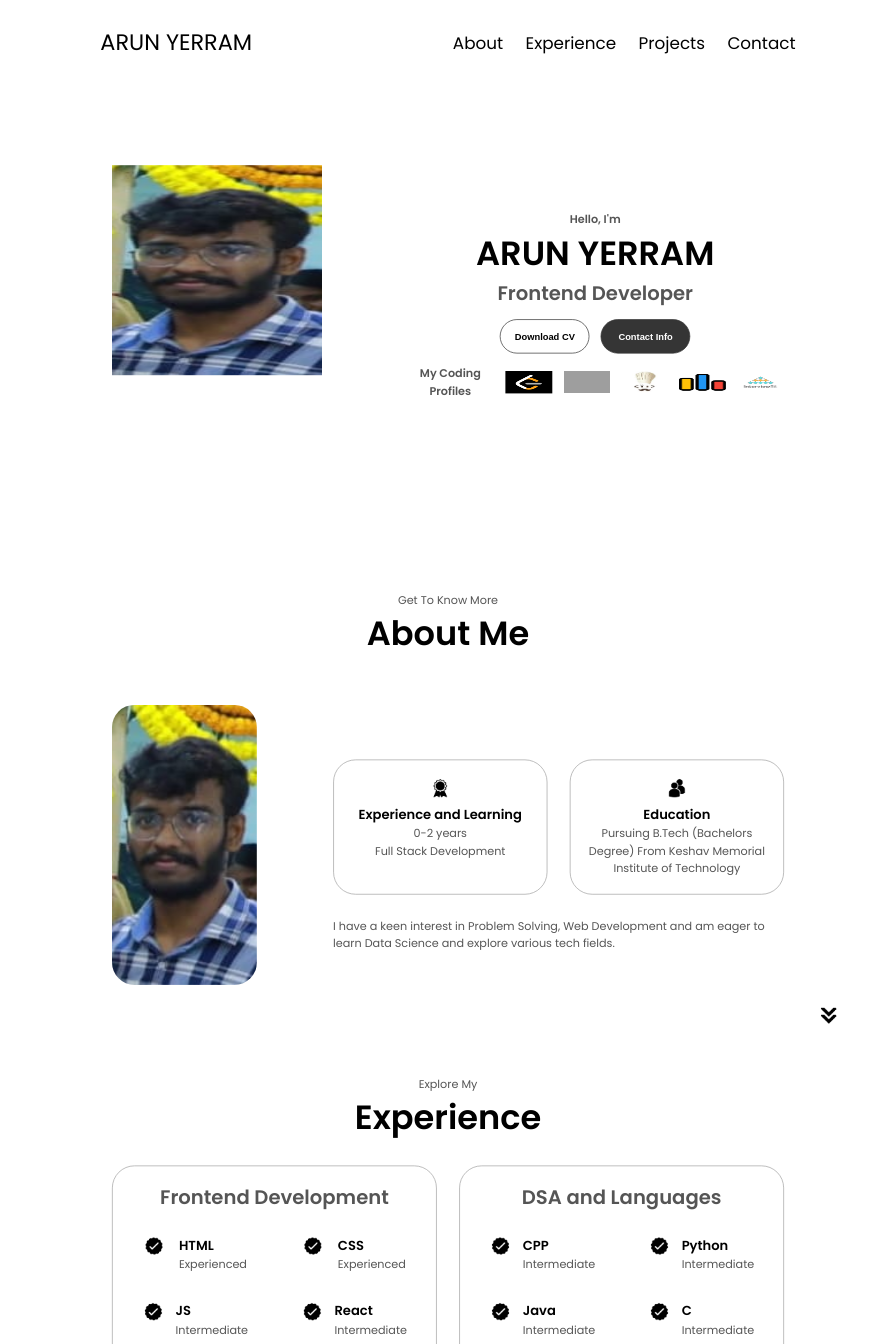
Repository: ARUN-YERRAM/ARUN-YERRAM-PORTFOLIO
Page: portfolio/index.html
An editor plug-in stored every save of this project. The page is shown before and after a run of saves, followed by the edit.
The browser window is 1280 px wide. The pictures show the part of the page from y = 0 to 1920 px (the page is 3401 px tall), at 70% of full size.
Pictures or frames that could not be fetched are drawn as grey boxes.

Above is the page before, as saved 2024-07-07 04:47:46.

After the next 3 saves:
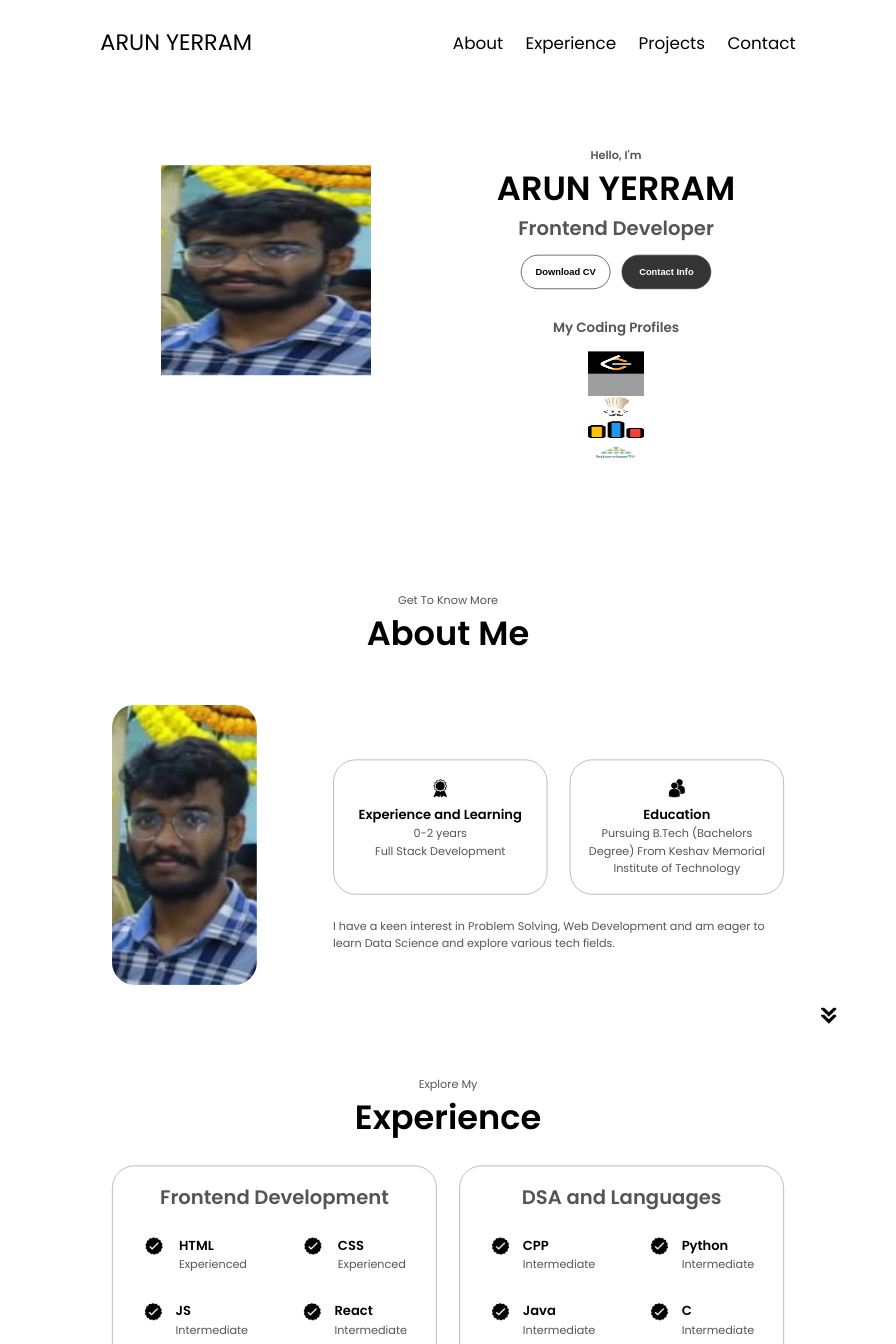
The 3 saves are shown as one change because they came seconds apart.
The last was saved 20 s later.
--- a/portfolio/index.html
+++ b/portfolio/index.html
@@ -48,13 +48,13 @@
         <button class="btn btn-color-2" onclick="window.open('./assets/My_Resume.pdf')">Download CV</button>
         <button class="btn btn-color-1" onclick="location.href='./#contact'">Contact Info</button>
       </div>
-      <div id="socials-container">
-        <p> My Coding Profiles </p>
-
-        <img src="./assets/leetcode.png" alt="My Leetcode profile" class="icon" onclick="window.open('https://leetcode.com/u/arun_2005/', '_blank')" width="80px"/>
+
+      <div id="coding-profiles">
+        <p>My Coding Profiles</p>
+        <img src="./assets/leetcode.png" alt="My LeetCode profile" class="icon" onclick="window.open('https://leetcode.com/u/arun_2005/', '_blank')" width="80px"/>
         <img src="./assets/GFG.jpeg" alt="My GFG profile" class="icon" width="80px" onclick="window.open('https://www.geeksforgeeks.org/user/arunyerram/?utm_source=geeksforgeeks&utm_medium=my_profile&utm_campaign=auth_user', '_blank')" />
         <img src="./assets/CodeChef.jpeg" alt="My CodeChef profile" class="icon" onclick="window.open('https://www.codechef.com/users/yarun2k05', '_blank')" width="80px"/>
-        <img src="./assets/Codeforces.png" alt="My CodeForces profile" class="icon" width="80px"onclick="window.open('https://codeforces.com/profile/Arunyerram_12', '_blank')" />
+        <img src="./assets/Codeforces.png" alt="My CodeForces profile" class="icon" width="80px" onclick="window.open('https://codeforces.com/profile/Arunyerram_12', '_blank')" />
         <img src="./assets/IB.png" alt="My InterviewBit profile" class="icon" width="80px" onclick="window.open('https://www.interviewbit.com/profile/yerram-arun/', '_blank')" />
       </div>
     </div>
